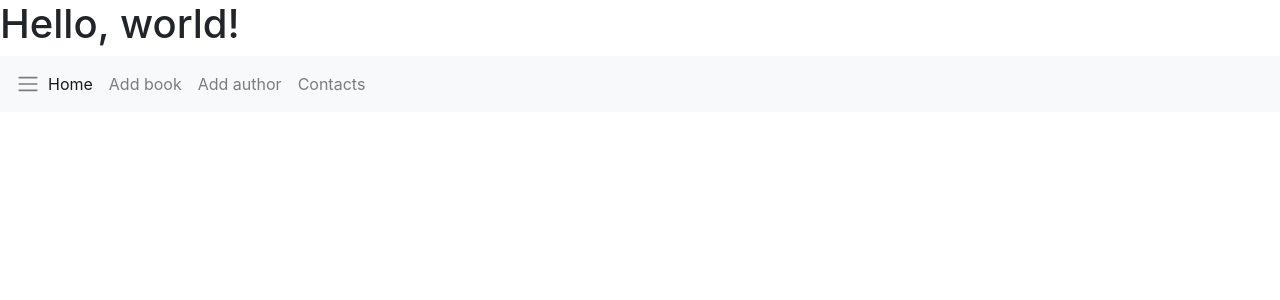
Repository: Aleksus81/Task1
Page: http://localhost/
The author's editor kept a record of every edit. The page is drawn from the files as they stood at one moment, then again after the next edit.
The browser window is 1280 px wide. The pictures show the whole page.
The page is run by PHP 8.4 with error messages shown; the project is at /var/www/html/.

Above is the page before.

After the next edit:
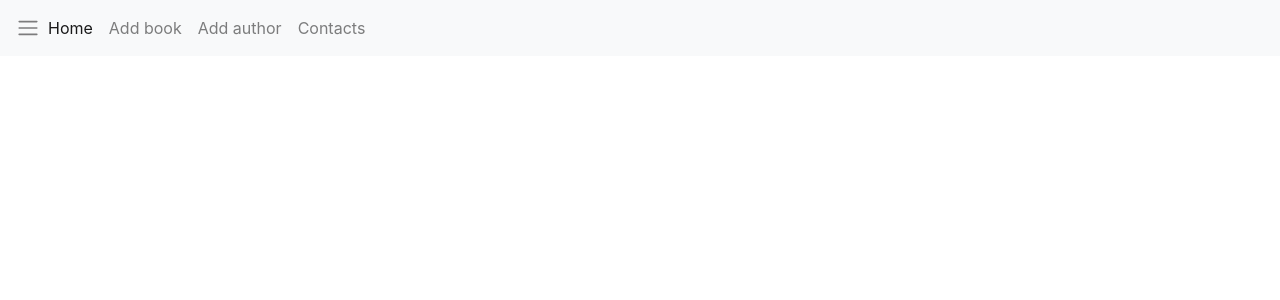
The edit:
--- a/index.php
+++ b/index.php
@@ -11,7 +11,10 @@
     <title>Task1</title>
   </head>
   <body>
-    <h1>Hello, world!</h1>
+      <div class="container">
+  <!-- Content here -->
+</div>
+
     <nav class="navbar navbar-expand-lg navbar-light bg-light">
     <span class="navbar-toggler-icon"></span>
   </button>
